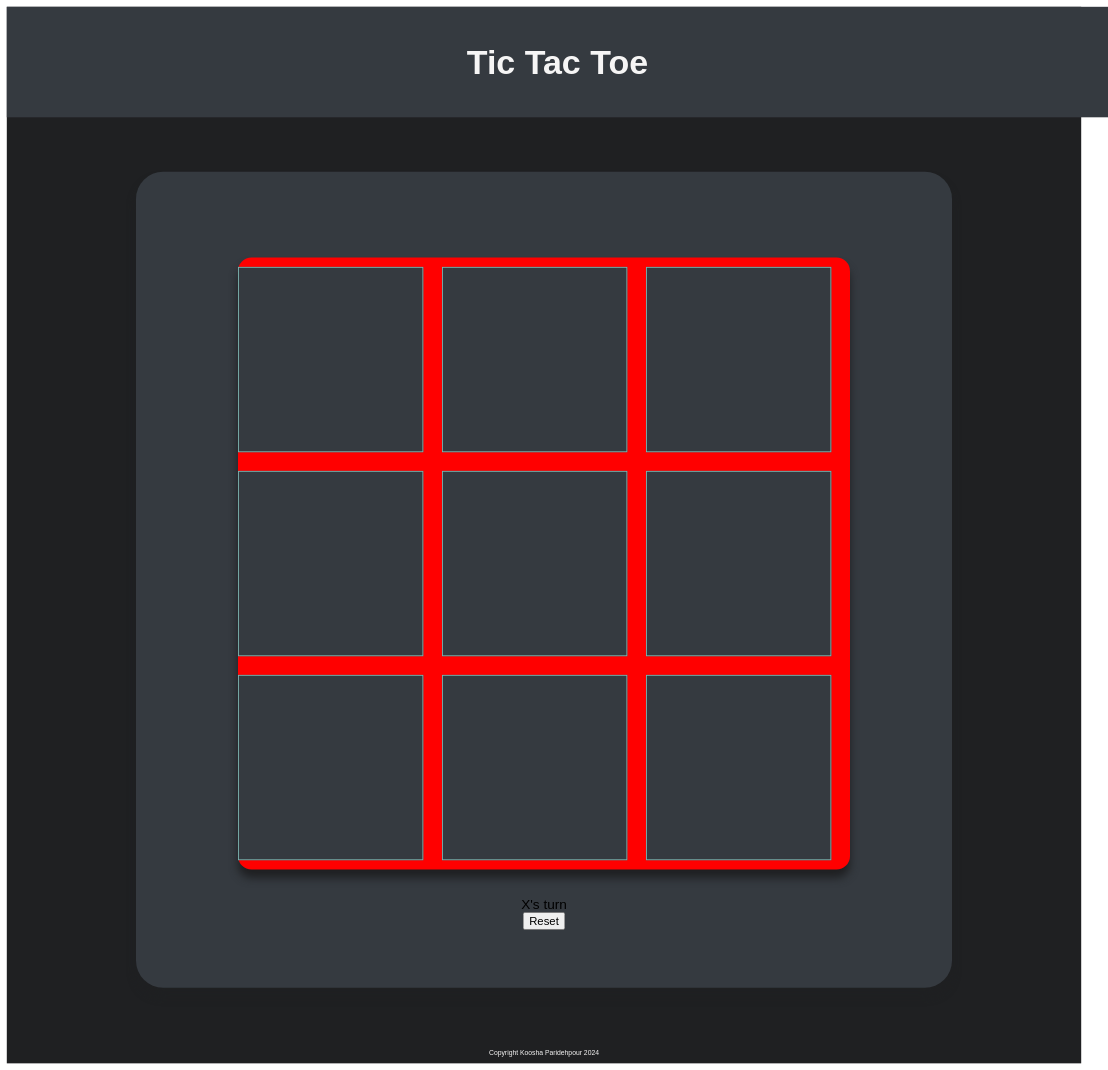
Repository: KooshaPari/odin-TTT
Page: index.html
These files come from the project's save history. The page is drawn as it stood at one moment and after the next save; the edit follows.
The browser window is 1280 px wide. The page is 1304 px wide, so the pictures cover 1304 px, including what lies to the right of the window. The pictures show the whole page, at 85% of full size.

Above is the page before, as saved 2024-03-14 22:54:43.

### index.html
<!doctype html>
<html lang="en">
  <head>
    <meta charset="UTF-8" />

    <link rel="stylesheet" href="./style.css" />
    <meta name="viewport" content="width=device-width, initial-scale=1.0" />
    <title>Document</title>
  </head>
  <body>
    <div id="parent">
      <div id="header">
        <h1>Tic Tac Toe</h1>
      </div>
      <div id="body">
        <div id="game">
          <div id="board">
            <div class="square" id="0"></div>
            <div class="square" id="1"></div>
            <div class="square" id="2"></div>
            <div class="square" id="3"></div>
            <div class="square" id="4"></div>
            <div class="square" id="5"></div>
            <div class="square" id="6"></div>
            <div class="square" id="7"></div>
            <div class="square" id="8"></div>
          </div>
          <div id="status">X's turn</div>
          <button id="reset">Reset</button>
        </div>
      </div>
      <div id="footer">
        <p>Copyright Koosha Paridehpour 2024</p>
      </div>
    </div>
  </body>
</html>

### style.css
* {
  font-family: sans-serif;
}
#parent {
  background-color: #1f2022;
  width: 100%;
  height: 100%;
}
#header {
  background-color: #353a40;
  padding: 1.25%;
  width: 100%;
  height: 100%;
}
#header h1 {
  color: #f6f5f5;

  font-size: 2.5em;
}
#footer p {
  color: #f6f5f5;
  font-size: 0.5em;
}

#header,
#footer,
#body {
  display: flex;
  align-items: center;
  justify-content: center;
}
#title {
  color: #f6f5f5;
}
#body {
  flex-direction: column;
}
#game {
  transition: 2.5s ease-in-out;
  display: flex;
  flex-direction: column;
  justify-content: center;
  align-items: center;
  background-color: #353a40;
  border-radius: 2em;
  margin: 5vw;
  box-shadow: 0px 10px 10px #1f2022;
  width: 75vw;
  height: 75vw;
  -webkit-border-radius: 2em;
  -moz-border-radius: 2em;
  -ms-border-radius: 2em;
  -o-border-radius: 2em;
  -webkit-transition: 2.5s ease-in-out;
  -moz-transition: 2.5s ease-in-out;
  -ms-transition: 2.5s ease-in-out;
  -o-transition: 2.5s ease-in-out;
}
#board {
  display: grid;
  grid-template-columns: 1fr 1fr 1fr;
  width: 75%;
  transition: 1s ease-in-out;
  height: 75%;
  background-color: #1f2022;
  border-radius: 1em;
  margin: 2em;
  background-color: red;
  align-items: center;
  justify-content: center;
  box-shadow: 0px 10px 10px #1f2022;
  -webkit-border-radius: 1em;
  -moz-border-radius: 1em;
  -ms-border-radius: 1em;
  -o-border-radius: 1em;
  -webkit-transition: 1s ease-in-out;
  -moz-transition: 1s ease-in-out;
  -ms-transition: 1s ease-in-out;
  -o-transition: 1s ease-in-out;
}
#board:hover {
  transform: scale(1.025) translate(0, -1em);
  transition: 0.5s ease-in-out;
  -webkit-transform: scale(1.025) translate(0, -1em);
  -moz-transform: scale(1.025) translate(0, -1em);
  -ms-transform: scale(1.025) translate(0, -1em);
  -o-transform: scale(1.025) translate(0, -1em);
  -webkit-transition: 0.5s ease-in-out;
  -moz-transition: 0.5s ease-in-out;
  -ms-transition: 0.5s ease-in-out;
  -o-transition: 0.5s ease-in-out;
}
#game:hover {
  transform: scale(1.05) translate(0, -0.5em);
  transition: 10s ease-in-out;
  -webkit-transform: scale(1.05) translate(0, -0.5em);
  -moz-transform: scale(1.05) translate(0, -0.5em);
  -ms-transform: scale(1.05) translate(0, -0.5em);
  -o-transform: scale(1.05) translate(0, -0.5em);
  -webkit-transition: 10s ease-in-out;
  -moz-transition: 10s ease-in-out;
  -ms-transition: 10s ease-in-out;
  -o-transition: 10s ease-in-out;
}
.square {
  border: 0.1px solid #7ebab5;
  width: 90%;
  height: 90%;
  background-color: #353a40;
}

After the next save:
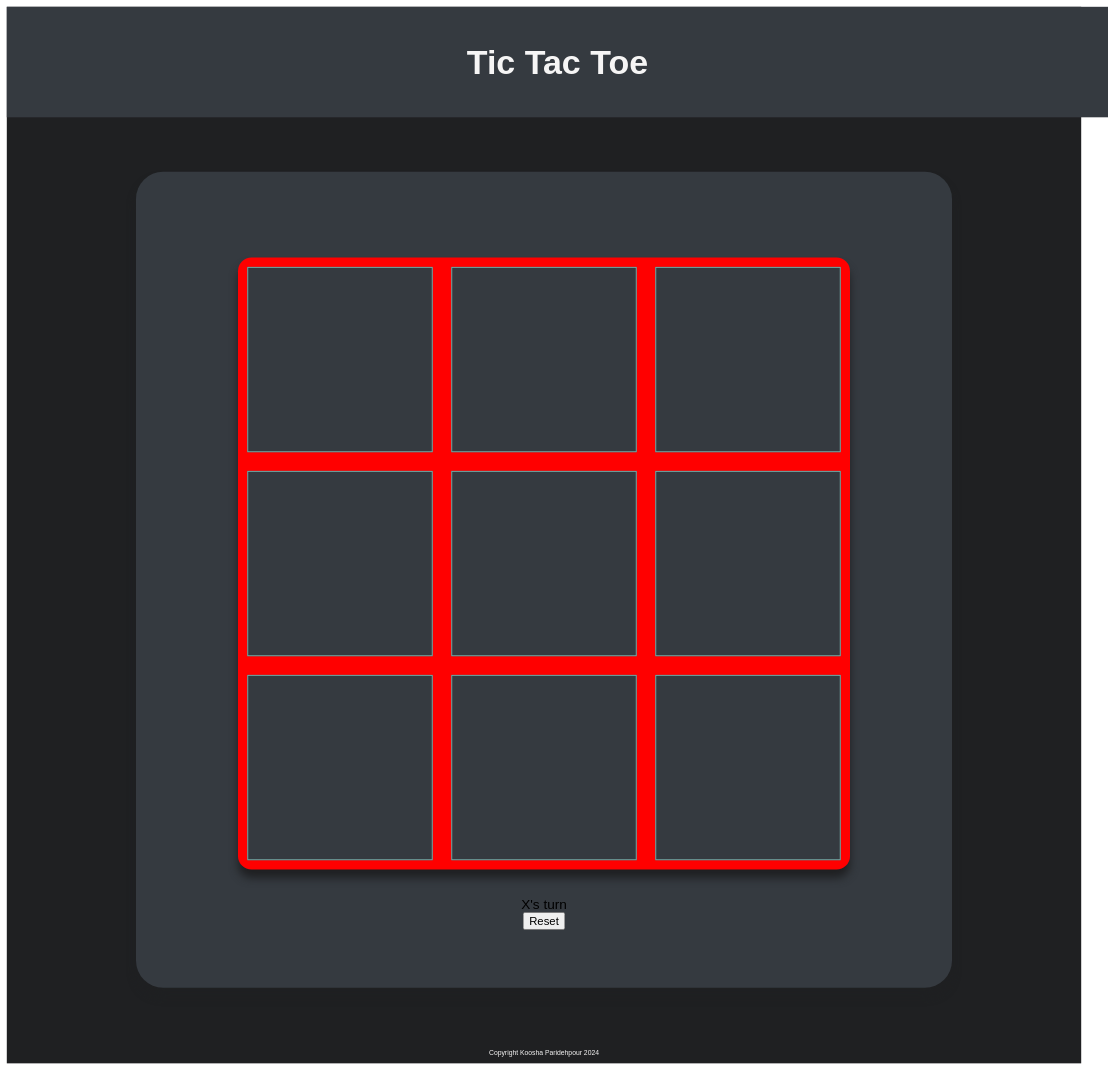
Saved 14 s later.
--- a/style.css
+++ b/style.css
@@ -103,6 +103,7 @@
   -o-transition: 10s ease-in-out;
 }
 .square {
+  justify-self: center;
   border: 0.1px solid #7ebab5;
   width: 90%;
   height: 90%;
